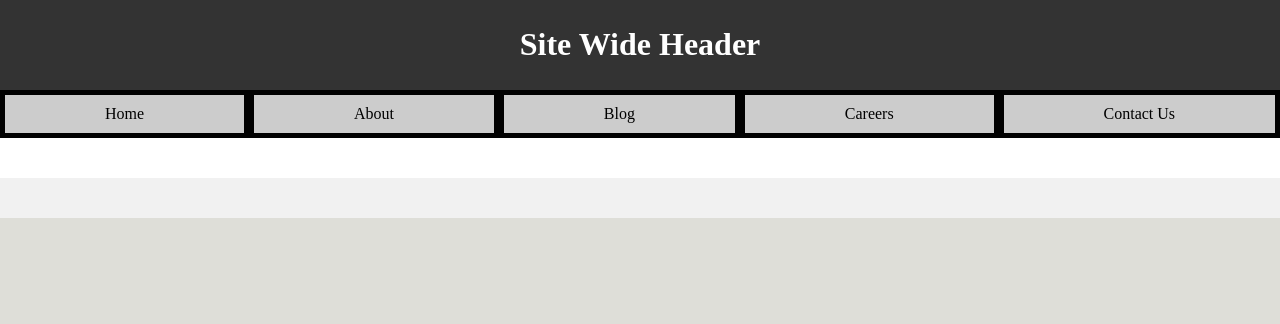
Repository: ayeza-baseer/AssignmentFlexbox
Page: assignment.html
An editor plug-in stored every save of this project. The page is shown before and after the next save, followed by the edit.
The browser window is 1280 px wide. The pictures show the whole page.

Above is the page before, as saved 2023-03-17 14:10:44.

### assignment.html
<!DOCTYPE html>
<html lang="en">
<head>

    <link rel="stylesheet" href="assignment.css">


</head>
<body>
<div>
    <header class="header"><h1>
        Site Wide Header
    </h1></header>
    <div class="navbar">
        <a href="#">Home</a>
        <a href="#">About</a>
        <a href="#">Blog</a>
        <a href="#">Careers</a>
        <a href="#">Contact Us</a>
      </div>
    <div class="row">
      <div class="main">

      </div>
      <div class="aside"></div>
    </div>
</div>

</body>
</html>

### assignment.css
.header{
    padding: 5px;
    background-color: #333;
	 color: #ccc;

    text-align: center;

    color: white;
}

body{
    margin:0;
    background-color: #deded8;
}

.navbar {
    display: flex;
    background-color: black
  }

  .navbar a {
    color: black;

    background-color: #ccc;
    padding: 10px 12px;
    text-decoration: none;
    text-align: center;
    flex-grow:1;
    border: 5px solid black;
  }

  .navbar a:hover {
    color:red;
    border: 5px solid red;
  }

  .row {
    display: flex;
    flex-wrap: wrap;
  }


  .aside {
    flex: 30%;
    background-color: #f1f1f1;
    padding: 20px;
  }

  /* Main column */
  .main {
    flex: 70%;
    background-color: white;
    padding: 20px;
  }

After the next save:
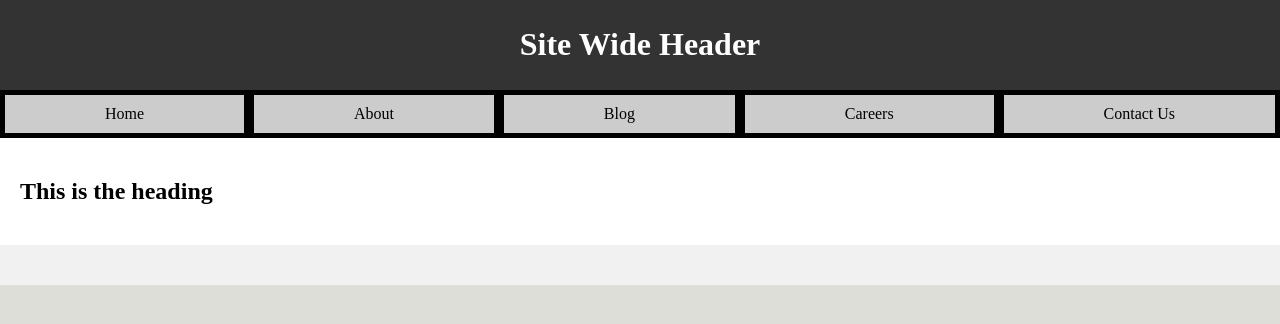
Saved 43 s later.
--- a/assignment.html
+++ b/assignment.html
@@ -20,7 +20,7 @@
       </div>
     <div class="row">
       <div class="main">
-
+        <h2>This is the heading</h2>
       </div>
       <div class="aside"></div>
     </div>
